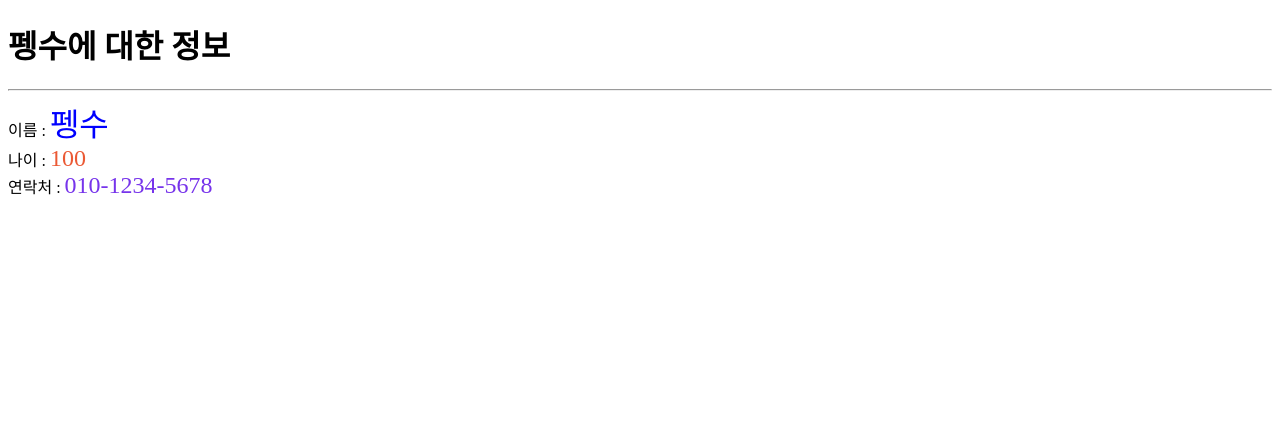
Repository: ujin2021/jsp_study
Page: jsp01/WebContent/me2.html
The author's editor kept a copy of each file at every save. The page is drawn from the files as they stood at one save, then again after the next save.
The browser window is 1280 px wide. The pictures show the whole page.

Above is the page before, as saved 2020-01-11 07:53:21.

### jsp01/WebContent/me2.html
<!DOCTYPE html>
<html>
<head>
<meta charset="EUC-KR">
<title>Insert title here</title>
</head>
<body>
<h1>펭수에 대한 정보</h1>
<!-- header 제목용 -->
<!-- 옆에 다른 것이 오게 할 수 없다. -->
<hr>
이름 : <font color="blue" size="6">펭수</font> <br>
나이 : <font color="#eb5934" size="5">100</font> <br>
연락처 : <font color="#7734eb" size="5">010-1234-5678</font> <br>
</body>
</html>

After the next save:
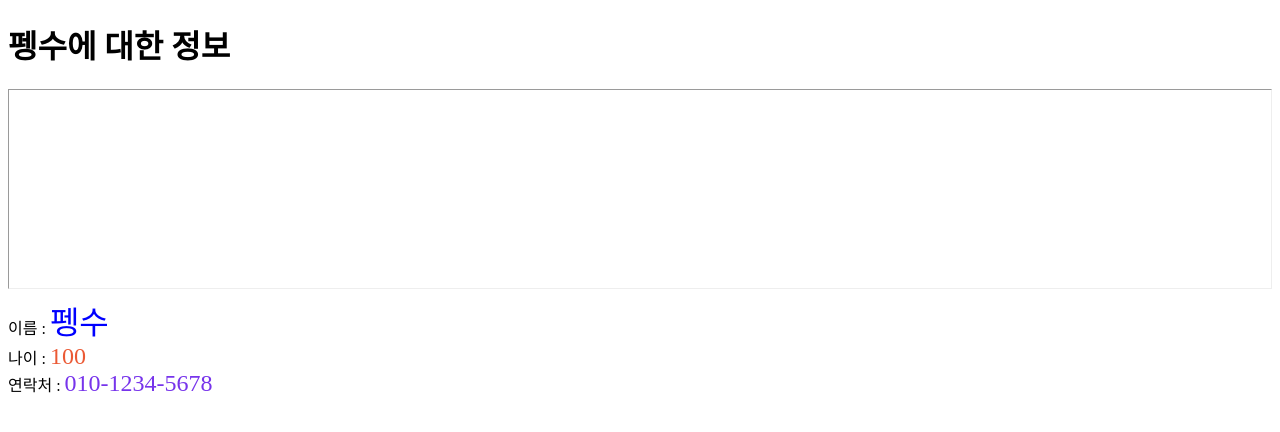
Saved 23 s later.
--- a/jsp01/WebContent/me2.html
+++ b/jsp01/WebContent/me2.html
@@ -8,7 +8,7 @@
 <h1>펭수에 대한 정보</h1>
 <!-- header 제목용 -->
 <!-- 옆에 다른 것이 오게 할 수 없다. -->
-<hr>
+<hr size="200">
 이름 : <font color="blue" size="6">펭수</font> <br>
 나이 : <font color="#eb5934" size="5">100</font> <br>
 연락처 : <font color="#7734eb" size="5">010-1234-5678</font> <br>
